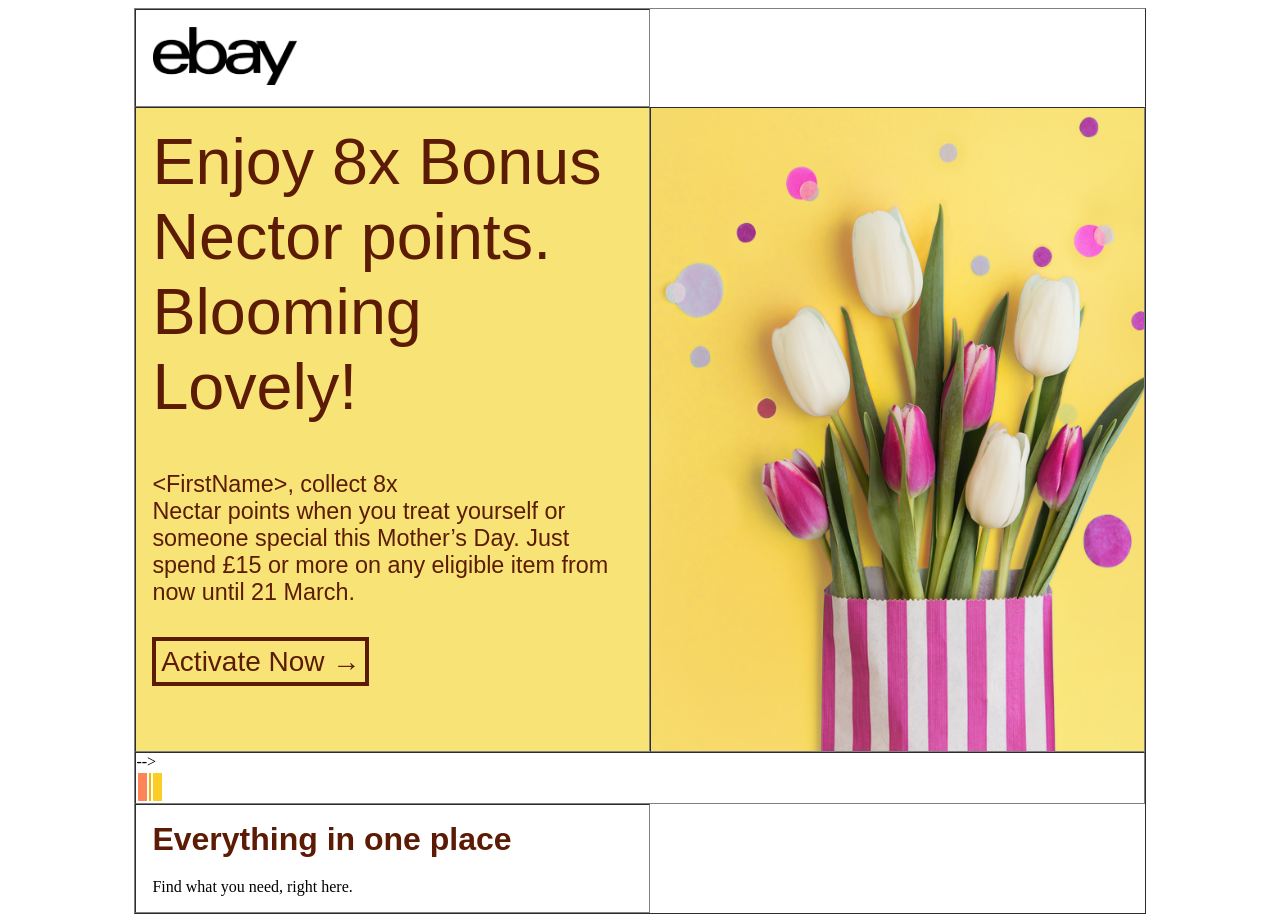
Repository: AnkurDevv/feed-dev-test
Page: index.html
An editor plug-in stored every save of this project. The page is shown before and after the next save, followed by the edit.
The browser window is 1280 px wide. The pictures show the whole page.

Above is the page before, as saved 2020-03-29 15:58:58.

### index.html
<!DOCTYPE html>
<!--[if lt IE 7]>      <html class="no-js lt-ie9 lt-ie8 lt-ie7"> <![endif]-->
<!--[if IE 7]>         <html class="no-js lt-ie9 lt-ie8"> <![endif]-->
<!--[if IE 8]>         <html class="no-js lt-ie9"> <![endif]-->
<!--[if gt IE 8]><!-->
<html>
<!--<![endif]-->

<head>
  <meta charset="utf-8">
  <meta http-equiv="X-UA-Compatible" content="IE=edge">
  <title></title>
  <meta name="description" content="">
  <meta name="viewport" content="width=device-width, initial-scale=1">
  <link rel="stylesheet" href="./style/index.css">
</head>

<body>
  <table border="1" cellpadding="0" cellspacing="0" height="100%" width="80%" id="bodyTable">

    <!-- HEADER ROW - START  -->
    <tr>
      <td>
        <table cellpadding="5" cellspacing="12" width="100%" align="left" border="0" id="EmailHeader">
          <tr>
            <td valign="middle" id="EmailHeading">
              <img src="img/logo.png" alt="ebay-logo" id="ebay-logo">
            </td>
          </tr>
        </table>
      </td>
    </tr>
    <!-- HEADER ROW - START  -->

    <!-- HERO BODY - START  -->
    <tr cellpadding="4" cellspacing="12" width="100%" border="1" id="HeroBodyWrapper">

      <!-- HERO CONTENT -START -->
      <td id="heroContentWrapper">
        <table cellpadding="4" cellspacing="12" width="100%" align="left" border="0" id="heroContent">
          <!-- HERO MAIN HEADLINE - START -->
          <tr>
            <td id="heroMainHeading">
              Enjoy 8x Bonus Nector points.<br>
              Blooming<br>
              Lovely!
            </td>
          </tr>
          <!-- HERO MAIN HEADLINE - END -->

          <!-- HERO SUB-HEADING - START -->
          <tr>
            <td id="heroSubHeading">
              &lt;FirstName&gt;, collect 8x </br> Nectar points when you treat yourself or someone special this Mother’s
              Day.
              Just
              spend £15 or more on any eligible item from now until 21 March.
            </td>
          </tr>
          <!-- HERO SUB-HEADING - END -->

          <!-- HERO CTA - START -->
          <tr id="heroCTAContainer">
            <td>
              <button id="heroCTA">
                Activate Now <strong>&rarr;</strong>
              </button>
            </td>
          </tr>
          <!-- HERO CTA - END -->
        </table>
      </td>
      <!-- HERO CONTENT - END -->

      <!-- HERO SECTION IMAGE FOR DESKTOP - START -->
      <td id="HeroImageContainer" colspan="2">
      </td>
      <!-- HERO SECTION IMAGE FOR DESKTOP - END -->
    </tr>
    <!-- HERO BODY - END  -->

    <!-- HERO & EVERDAY ESSENTIALS DIVIDER - START -->
    <tr id="RibbionContainer">
      <td id="RibbionCell" colspan="2"> -->
        <table id="RibbionTable">
          <tr>
            <!-- Rectangle 1 -->
            <td id="Rectangle1"></td>
            <!-- Rectangle 2 -->
            <td id="Rectangle2"></td>
            <!-- Rectangle 3 -->
            <td id="Rectangle3"></td>
          </tr>
        </table>
      </td>
      <!-- HERO & EVERDAY ESSENTIALS DIVIDER - END -->
    </tr>

    <!-- PRODUCT DESCRIPTION SECTION - START  -->
    <tr id="ProductDescSection">
      <td>
        <table cellpadding="4" cellspacing="12" width="100%" align="left" border="0" id="productSectionHead">
          <tr>
            <td id="productDescHeadliner">Everything in one place</td>
          </tr>
          <tr>
            <td id="productDescSubText">Find what you need, right here.</td>
          </tr>
        </table>
      </td>
    </tr>
    <!-- PRODUCT DESCRIPTION SECTION - END -->

  </table>
  <script src="" async defer></script>
</body>

</html>

### style/index.css
/* HEADER CSS - START */

#bodyTable{
  margin-left: 10%;
  margin-right: 10%;
}

#ebay-logo{
  width: 30%;
}
/* HEADER CSS - END */

/* HERO BODY CSS - START */
#heroContentWrapper{
  background-color: #f7e376;
}

#heroMainHeading{
  color: #5c1b05!important;
  font-size: 404%;
  font-family: sans-serif;
  padding-bottom: 6%;
}

#heroSubHeading{
  color: #5c1b05!important;
  font-family: sans-serif;
  font-size: 146%;
  padding-bottom: 3%;
}

#HeroImageContainer{
  padding: 0;
  width: 49%;
  background-image:url('/img/HeroDesktopBg.png');
  background-size: 100% 100%;
  background-repeat: no-repeat;
}

#HeroDesktopBg{
  width: 100%;
  height: 100%;
  display: block; /*otherwise it wont occupy the whole container*/
}

#HeroMobileBgContainer{
  display: none;
}

#heroMobileBackGround{
  background-image:url('/img/HeroDesktopBg.png');
  background-size: 100% 100%;
  background-repeat: no-repeat;
}

#heroCTA{
  border: 4px solid #5c1b05;
  color: #5c1b05;
  background: #f7e376;
  font-family: sans-serif;
  font-size: 175%;
  padding: 1%;
  margin-bottom: 10%;
}
/* HERO BODY CSS - END */

/* HERO DIVIDER CSS - START */
#dividerContainer{
  height: 45px;
}

 #Rectangle1{
  background-color: #ff8559;
  width: 44%;
  height: 26px;
}
#Rectangle2{
  background-color: #f7b100;
  height: 100%;
  width:10% ;
}
#Rectangle3{
  background-color: #fbcd25;
}

/* HERO DIVIDER CSS - END */

/* PRODUCT DESCRIPTION CSS - START */
#productDescHeadliner{
  color: #5c1b05!important;
  font-family: sans-serif;
  font-weight: 800;
  font-size: 200%;
}
/* PRODUCT DESCRIPTION CSS - END */

/* MAKING EMAIL RESPONSIVE CSS - START */
@media screen and (max-width: 960px) {
  /* #HeroImageContainer{
    display: none;
  } */
  /* shifting the image for smaller screens here */
  /* #HeroMobileBgContainer{
    display: table-cell;
  } */
  #dividerContainerDesktop{
    display: none;
  }
  #HeroBodyWrapper{
    display: flex;
    flex-direction: column;
  }
  #HeroImageContainer{
    width: 100%;
    height: 221px;
  }
  #dividerForMobile{
    display: table-cell;
  }
}
/* MAKING EMAIL RESPONSIVE CSS - END */

After the next save:
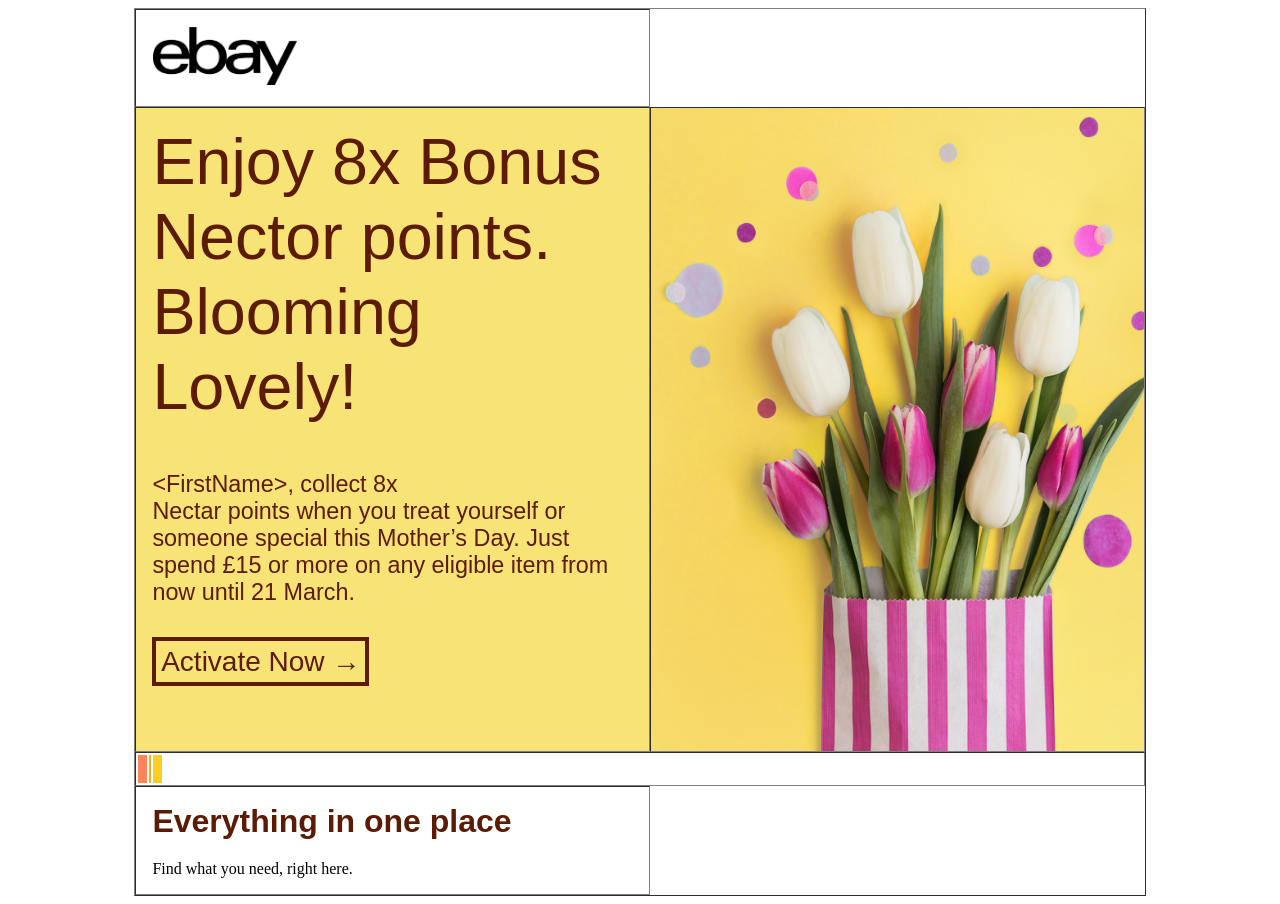
Saved 44 s later.
--- a/index.html
+++ b/index.html
@@ -81,7 +81,7 @@
 
     <!-- HERO & EVERDAY ESSENTIALS DIVIDER - START -->
     <tr id="RibbionContainer">
-      <td id="RibbionCell" colspan="2"> -->
+      <td id="RibbionCell" colspan="2">
         <table id="RibbionTable">
           <tr>
             <!-- Rectangle 1 -->
